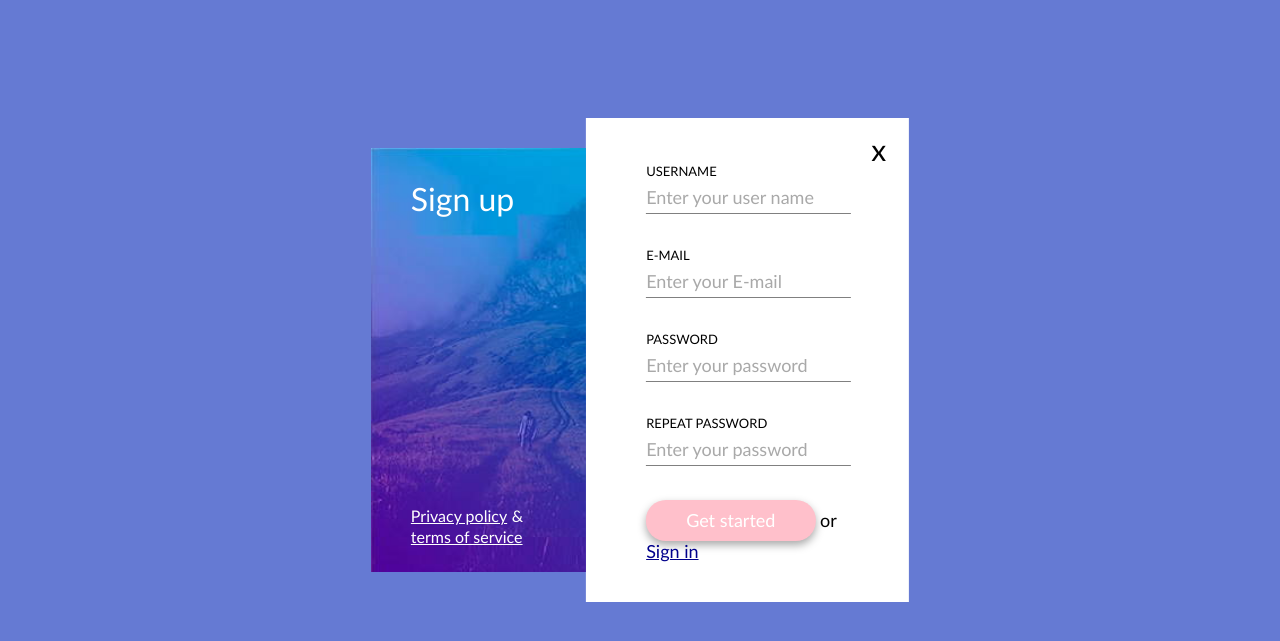
Repository: motiejus1/11-paskaita-adobexd-registracija
Page: index.html
These files come from the project's save history. The page is drawn as it stood at one moment and after the next save; the edit follows.
The browser window is 1280 px wide. The pictures show the whole page.

Above is the page before, as saved 2021-06-17 20:46:53.

### index.html
<!DOCTYPE html>
<html lang="en">
<head>
    <meta charset="UTF-8">
    <meta http-equiv="X-UA-Compatible" content="IE=edge">
    <meta name="viewport" content="width=device-width, initial-scale=1.0">
    <title>Registracija</title>
    <style>
        html {
            font-size: 18px;
        }

        body {
            max-width: 1920px;
            background-color: #657AD3;
            font: normal normal normal 1rem/1.1667rem Gill Sans MT;
        }

        .container {
            width: 42.05%;
            position: absolute;
            top: 50%;
            left: 50%;
            transform: translate(-50%, -50%);
        }

        .left-column, .right-column {
            float:left;
            height: 26.8889rem;
        }

        .left-column {
            background-color: transparent;
            width: 40%;

        }

        .right-column {
            width: 60%;
            background-color: #fff;
        }

        .left-column-container {
            margin-top: 1.6667rem;
            height: 23.5556rem;
            background-color: #fff;
            background: transparent url('img/mountain.png') 0% 0% no-repeat padding-box;
            background-size: cover;
            padding-left: 2.2222rem;
            position: relative;

        }

        h1 {
            font: normal normal normal 1.7778rem/2.0556rem Gill Sans MT;
            color: #FFFFFF;
            margin: 0;
            padding-top: 32px;
        }


        .links {
            position: absolute;
            bottom: 1.3889rem;
        }

        .links a, .links p {
            display: inline-block;
            color: #FFFFFF;
            font: normal normal normal 0.8889rem/1.0556rem Gill Sans MT;
        }

        .links a:hover {
            color:#808080;
        }

        .links p {
            margin: 0;
        }

        .right-column-container {
            padding-left: 3.3333rem;
            padding-top: 2.5556rem;
            padding-right: 3.3333rem;
        }

        input {
            display: block;
            width: 100%;
            border: 0;
            border-bottom: 1px solid #808080;
            padding-bottom: 0.3333rem;
            padding-left: 0;
        }

        input:focus {
            border: 0;
            outline: none;
            border-bottom: 1px solid #808080;
        }
        /* klase input */

        .input {
            margin-bottom: 1.8889rem;
        }

        label {
            display: block;
            font: normal normal normal 0.7222rem/0.8333rem Gill Sans MT;
            text-transform: uppercase;
            color: #000000;
            padding-bottom: 0.6667rem;
        }

        ::-webkit-input-placeholder {
            font: normal normal normal 1rem/1.1667rem Gill Sans MT;
            color: #A9A9A9;

        }

        .close {
            font: normal normal normal 1.6667rem/1.9444rem Gill Sans MT;
            color:#000000;
            position: absolute;
            top: 0.7778rem;
            right: 1.2778rem;
        }

        .close:hover {
            cursor: pointer;
            color:#808080;
        }

        .right-column-bottom-action button, .right-column-bottom-action p, .right-column-bottom-action a {
            display:inline-block;
        }

        .right-column-bottom-action p {
            margin: 0;
            font: normal normal normal 1rem/1.1667rem Gill Sans MT;
        }

        .right-column-bottom-action a {
            font: normal normal normal 1rem/1.1667rem Gill Sans MT;
            color:#00008B;
        }

        .right-column-bottom-action a:hover {
            color:#808080;
        }

        .btn {
            font: normal normal normal 1rem/1.1667rem Gill Sans MT;
            color: #FFFFFF;
            background-color: #FFC0CB;
            border: none;
            padding-left: 2.2222rem;
            padding-top: 0.5556rem;
            padding-right: 2.2222rem;
            padding-bottom: 0.5556rem;
            border-radius: 20px;
            box-shadow: 0 4px 8px darkgrey;

        }

        .btn:hover {
            cursor: pointer;
            box-shadow: 0 4px 8px grey;
        }

    </style>

</head>
<body>

    <div class="container">

        <div class="left-column">
            <div class="left-column-container">
                <h1>Sign up</h1>

                <div class="links">
                    <a href="#">Privacy policy</a>
                    <p>&</p>
                    <a href="#">terms of service</a>
                </div>
            </div>
        </div>
        <div class="right-column">
            <div class="right-column-container">
                <span class="close">x</span>
                <div class="input">
                    <label for="username">Username</label>
                    <input placeholder="Enter your user name" type="text" id="username" name="username" />
                </div>
                <div class="input">
                    <label for="email">E-mail</label>
                    <input placeholder="Enter your E-mail" type="text" id="email" name="email" />
                </div>
                <div class="input">
                    <label for="password">Password</label>
                    <input placeholder="Enter your password" type="password" id="password" name="password" />
                </div>
                <div class="input">
                    <label for="repeat-password">Repeat password</label>
                    <input placeholder="Enter your password" type="password" id="repeat-password" name="repeat-password" />
                </div>

                <div class="right-column-bottom-action">
                    <button class="btn">Get started</button>
                    <p>or</p>
                    <a href="#">Sign in</a>
                </div>
            </div>
        </div>
    </div>

</body>
</html>

After the next save:
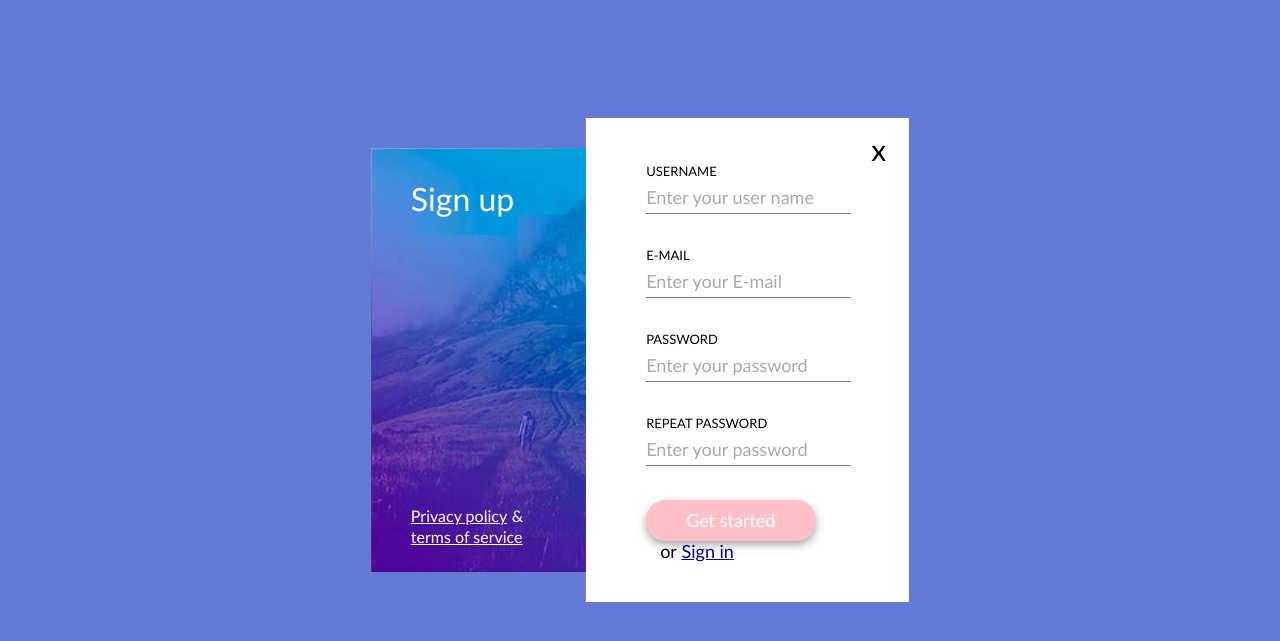
Saved 28 s later.
--- a/index.html
+++ b/index.html
@@ -136,6 +136,7 @@
         }
 
         .right-column-bottom-action p {
+            padding-left: 14px;
             margin: 0;
             font: normal normal normal 1rem/1.1667rem Gill Sans MT;
         }
